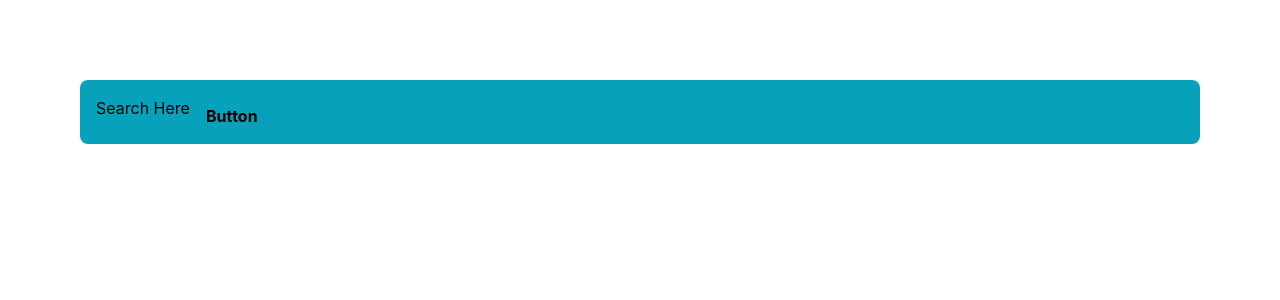
Repository: arafatmollah/pharma
Page: /
The author's editor kept a copy of each file at every save. The page is drawn from the files as they stood at one save, then again after a run of saves.
The browser window is 1280 px wide. The pictures show the whole page.
The project was rebuilt for these pictures with package versions that can differ from the ones it lists, and the page was loaded fresh each time.

Above is the page before, as saved 2023-03-12 01:04:17.

### src/App.js

import './App.css';
import Nav from './Nav';

function App() {
  return (
    <div className="App">
      <Nav></Nav>
    </div>
  );
}

export default App;

### src/App.css
.box-border{
    background-color: #08A1BC;
}
.btn {
    @apply font-bold py-2 px-4 rounded;
  }
  .btn-blue {
    @apply bg-blue-500 text-white;
  }
  .btn-blue:hover {
    @apply bg-blue-700;
  }

### src/Nav.js
import React from 'react'
import './App.css';

function Nav() {
  return (
    <div>
        <div className='box-border h-16 w-100 p-4 m-20 rounded-lg'>
          <div className='flex'>
                <p>Search Here</p>
                <button class="btn btn-green"> Button</button>
          </div>
        </div>
    </div>
  )
}

export default Nav

Loaded but not shown: public/index.html (common file); src/index.js (common file); src/index.css (common file); src/reportWebVitals.js (common file); tailwind.config.js (common file)

After the next 3 saves:
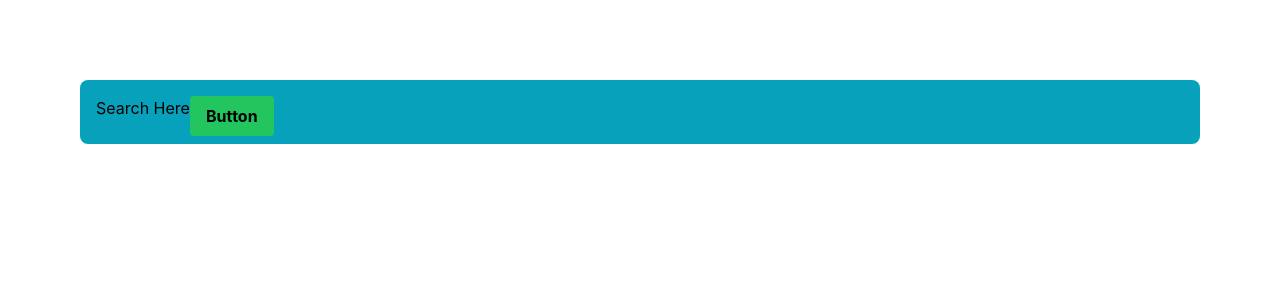
The 3 saves are shown as one change because they came seconds apart.
The last was saved 25 s later.
--- a/src/Nav.js
+++ b/src/Nav.js
@@ -7,7 +7,7 @@
         <div className='box-border h-16 w-100 p-4 m-20 rounded-lg'>
           <div className='flex'>
                 <p>Search Here</p>
-                <button class="btn btn-green"> Button</button>
+                <button class="btn bg-green-500"> Button</button>
           </div>
         </div>
     </div>

After the save that followed:
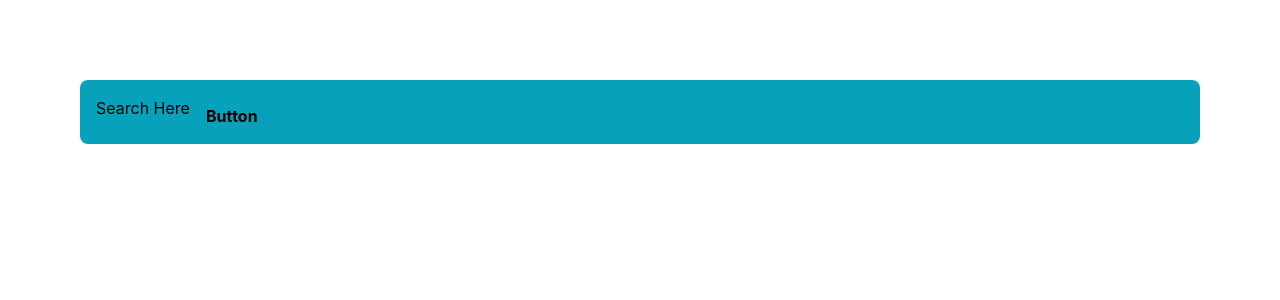
Saved 32 s later.
--- a/src/Nav.js
+++ b/src/Nav.js
@@ -7,7 +7,7 @@
         <div className='box-border h-16 w-100 p-4 m-20 rounded-lg'>
           <div className='flex'>
                 <p>Search Here</p>
-                <button class="btn bg-green-500"> Button</button>
+                <button class="btn"> Button</button>
           </div>
         </div>
     </div>
